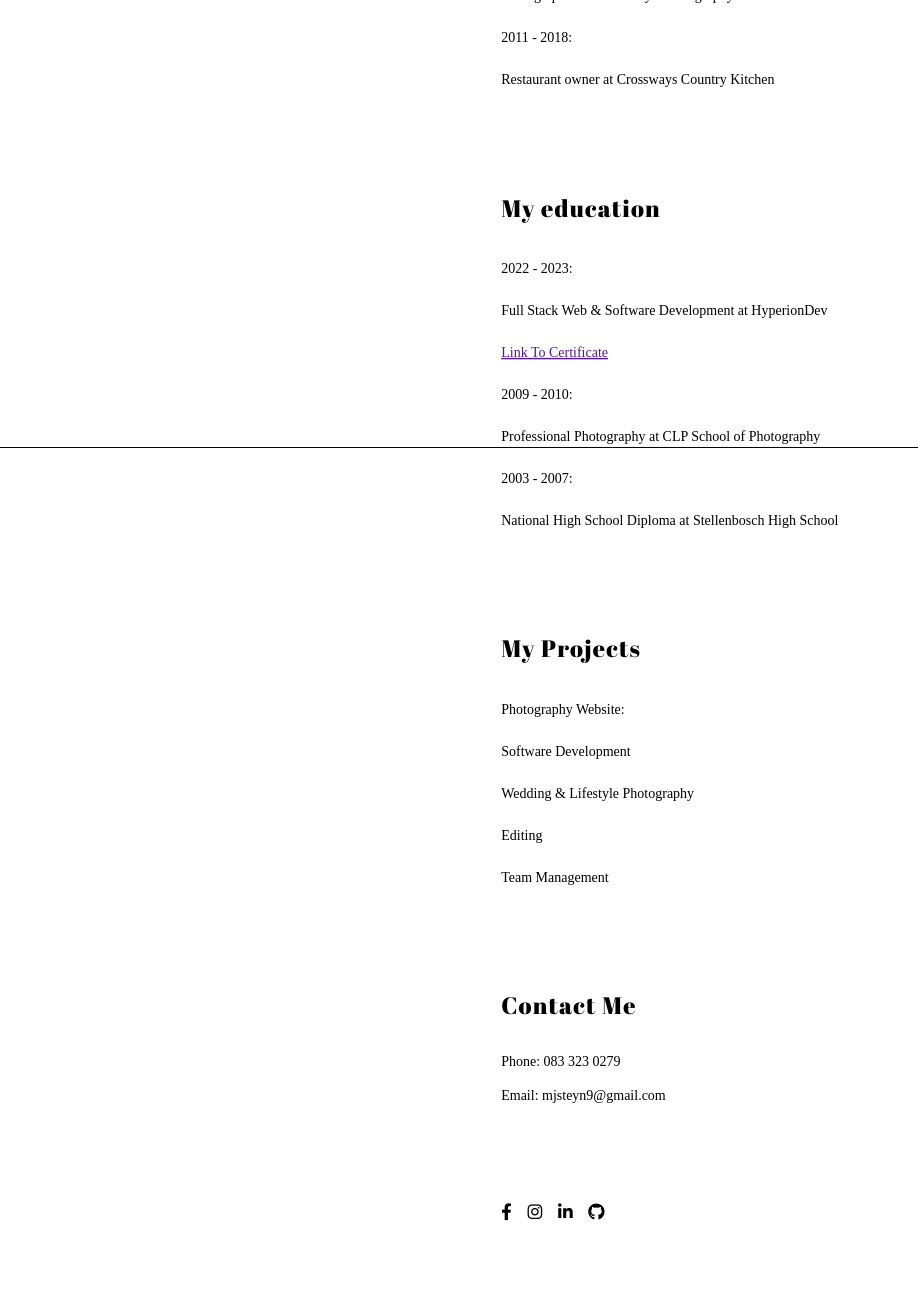
Repository: mikasteyn999/My-CV-Website
Page: index.html
An editor plug-in stored every save of this project. The page is shown before and after the next save, followed by the edit.
The browser window is 1280 px wide. The page is 1312 px wide, so the pictures cover 1312 px, including what lies to the right of the window. The pictures show the part of the page from y = 2265 to 4145 px (the page is 4145 px tall), at 70% of full size.
Some web fonts or font styles are not loaded; a fallback is used.

Above is the page before, as saved 2023-06-03 19:56:50.

### index.html
<!doctype html>
<html lang="en">
    <head>
        <!-- PAGE TITLE -->
        <title>Mika Steyn CV</title>
        <!-- FONTS -->
        <link href="https://fonts.googleapis.com/css?family=Abril+Fatface%7CArapey&amp;subset=latin-ext" rel="stylesheet">
        <!-- STYLESHEETS -->
        <link rel="stylesheet" type="text/css" href="assets/css/main.css">
        <link rel="stylesheet" href="https://cdnjs.cloudflare.com/ajax/libs/font-awesome/5.15.3/css/all.min.css">
    </head>
    <body>
        <!-- IMAGE CONTAINER -->
        <div class="image-container">
            <div class="background-img"></div>
        </div>
        <!-- CONTENT AREA -->
        <div class="content-area">
            <!-- CONTENT AREA INNER -->
            <div class="content-area-inner">
                <!-- INTRO -->
                <section id="intro">
                    <!-- CONTAINER MID -->
                    <div class="container-mid">
                            <h1>I’m Mika Steyn</h1>
                            <p class="subline">DEVELOPER  |  PHOTOGRAPHER  |  DATA ANALYST</p>
                    </div>
                </section>
                <!-- ABOUT -->
                <section id="about">
                    <h3>Why I can help you</h3>
                    <br>
                    <p>I am a multi-talented professional with a unique combination of skills in software development, photography, and data analysis. With a diploma in Full Stack Web & Software Development, I have a strong technical background and am proficient in several programming languages, including HTML, Java, and JavaScript.
                        <br>
                        <br>
                        In addition to my expertise in software development, I have a passion for photography and have been honing my skills for several years. My focus is mostly on weddings & portraiture, playing with natural light in compelling ways.
                        <br>
                        <br>
                        Finally, I have a strong analytical mind and a deep understanding of data analysis. I have experience working with large datasets in the land surveying sector.
                        <br>
                        br
                        With a diverse skill set and a passion for learning new things, I am a dynamic professional who is able to take on a wide range of challenges and deliver exceptional results.</p></p>
                </section>
                <!-- SKILLS -->
                <section id="skills">
                    <h3>My skills</h3>
                    <!-- SKILLS LIST -->
                    <ul class="skills-list">
                        <li>Full Stack Web Development</li>
                        <li>Software Development</li>
                        <li>Wedding & Lifestyle Photography</li>
                        <li>Editing</li>
                        <li>Team Management</li>
                    </ul>
                </section>
                <!-- WORK EXPERIENCE -->
                <section id="work">
                    <h3>My work experience</h3>
                <!-- WORK LIST -->
                    <ul class="work-list">
                        <li>2021 - current:
                            <br>
                            3D Data Analyst at GN Surveys</li>
                        <li>2018 - current:
                            <br>
                            Photographer at Mika Steyn Photography</li>
                        <li>2011 - 2018:
                            <br>
                            Restaurant owner at Crossways Country Kitchen</li>
                    </ul>
                </section>
                <!-- EDUCATION -->
                <section id="education">
                    <h3>My education</h3>
                <!-- EDUCATION LIST -->
                    <ul class="education-list">
                        <li>2022 - 2023:
                            <br>
                            Full Stack Web & Software Development at HyperionDev
                            <br>
                            <a href="">Link To Certificate</a>
                        </li>
                        <li>2009 - 2010:
                            <br>
                            Professional Photography at CLP School of Photography</li>
                        <li>2003 - 2007:
                            <br>
                            National High School Diploma at Stellenbosch High School</li>
                    </ul>
                </section>
                <!-- PROJECTS -->
                <section id="projects">
                    <h3>My Projects</h3>
                    <!-- SKILLS LIST -->
                    <ul class="projects-list">
                        <li>Photography Website: <a href=""></a></li>
                        <li>Software Development</li>
                        <li>Wedding & Lifestyle Photography</li>
                        <li>Editing</li>
                        <li>Team Management</li>
                    </ul>
                </section>
                <!-- CONTACT -->
                <section id="contact">
                    <h3>Contact Me</h3>
                    <!-- CONTACT LIST -->
                    <ul class="contact-list">
                        <li>Phone: 083 323 0279</li>
                        <li>Email: mjsteyn9@gmail.com</li>
                    </ul>
                </section>
                <!-- FOOTER -->
                <section id="footer" class="social-icons">
                    <!-- SOCIAL ICONS -->
                    <a href="https://www.facebook.com/mikasteynphotography"><i class="fab fa-facebook-f" aria-hidden="true"></i></a>
                    <a href="https://www.instagram.com/mikasteynphotography"><i class="fab fa-instagram" aria-hidden="true"></i></a>
                    <a href="https://www.linkedin.com/in/mika-steyn-169564208/"><i class="fab fa-linkedin-in" aria-hidden="true"></i></a>
                    <a href="https://github.com/mikasteyn999"><i class="fab fa-github" aria-hidden="true"></i></a>
                </section>
            </div>
        </div>
    </body>
</html>

### assets/css/main.css
html {
    font-size: 10px;
}

body {
    font-family: 'Arapey', serif;
    font-weight: 300;
    font-style: normal;
    color: #000;
    background: #fff;
    -webkit-font-smoothing: antialiased;
}

h1, h2, h3, h4, h5, h6 {
    font-family: 'Abril Fatface', cursive;
    font-weight: normal;
    letter-spacing: .05em;
    color: #000;;
}

h1 {
    font-size: 4.4rem;
}

h2 {
    font-size: 3.9rem;
}

h3 {
    font-size: 3.4rem;
}

h4 {
    font-size: 2.9rem;
}

h5 {
    font-size: 2.4rem;
}

h6 {
    font-size: 1.9rem;
}

p {
    font-size: 1.8rem;
}

@media (max-width:600px) {
    html {
        font-size: 8px;
    }
}

@media (max-width:500px) {
    html {
        font-size: 7px;
    }
}

.image-container {
    position: fixed;
    z-index: 10;
    top: 0;
    left: 0;

    width: 50%;
    height: 100%;
}

.image-container .background-img {
    position: absolute;
    z-index: 1;
    top: 0;
    left: 0;

    width: 100%;
    height: 100%;

    background: url(../img/profilePhoto.jpg);
    background-repeat: no-repeat;
    background-size: cover;
}

@media (max-width:1200px) {
    .image-container {
        position: relative;
        z-index: 10;
        top: 0;
        left: 0;

        width: 100%;
        height: 100vh;
    }
}

.content-area {
    position: relative;
    left: 0;

    width: 100%;
}

.content-area .content-area-inner {
    position: relative;
    left: 50%;

    width: 50%;
    padding: 0 20px;
    overflow-x: hidden;
}

.content-area .content-area-inner section {
    max-width: 520px;
    margin: 0 auto 18vh auto;
}

@media (max-width:1200px) {
    .content-area .content-area-inner {
        left: 0;

        width: 100%;
        padding: 0 20px;
    }
}

#intro {
    position: relative;
    height: 100vh;
    margin-bottom: 0;
}

#intro .container-mid {
    position: absolute;
    top: 50%;
    width: 100%;
    -webkit-transform: translateY(-50%);
        -ms-transform: translateY(-50%);
            transform: translateY(-50%);
}

#intro .container-mid p.subline {
    font-size: 2.2rem;
    line-height: 1.6em;
    margin-top: 2em;
    margin-bottom: 2.2em;
}

@media (max-width:1200px) {
    #intro {
        height: auto;
    }

    #intro .container-mid {
        position: relative;
        top: 0;
        margin: 15vh 0;
        -webkit-transform: translate(0);
            -ms-transform: translate(0);
                transform: translate(0);
    }
}

#about p {
    line-height: 1.5em;
    margin-bottom: 2em;
}

#about p:last-child {
    margin-bottom: 0;
}

#skills .skills-list {
    margin-bottom: 0;
    padding: 0;

    list-style: none;
}

#skills .skills-list li {
    font-size: 2rem;
    line-height: 3em;
}

#projects .projects-list {
    margin-bottom: 0;
    padding: 0;

    list-style: none;
}

#projects .projects-list li {
    font-size: 2rem;
    line-height: 3em;
}

#work .work-list {
    margin-bottom: 0;
    padding: 0;

    list-style: none;
}

#work .work-list li {
    font-size: 2rem;
    line-height: 3em;
}

#education .education-list {
    margin-bottom: 0;
    padding: 0;
    list-style: none;
}

#education .education-list li {
    font-size: 2rem;
    line-height: 3em;
}

#contact .contact-list {
    margin-bottom: 3.4em;
    padding: 0;
    list-style: none;
}

#contact .contact-list li {
    font-size: 2rem;
    line-height: 2.4em;
}


#footer .fa-facebook-f, .fa-instagram, .fa-linkedin-in, .fa-github {
    padding-right: 20px;
    font-size: x-large;
    color: #000;

}

After the next save:
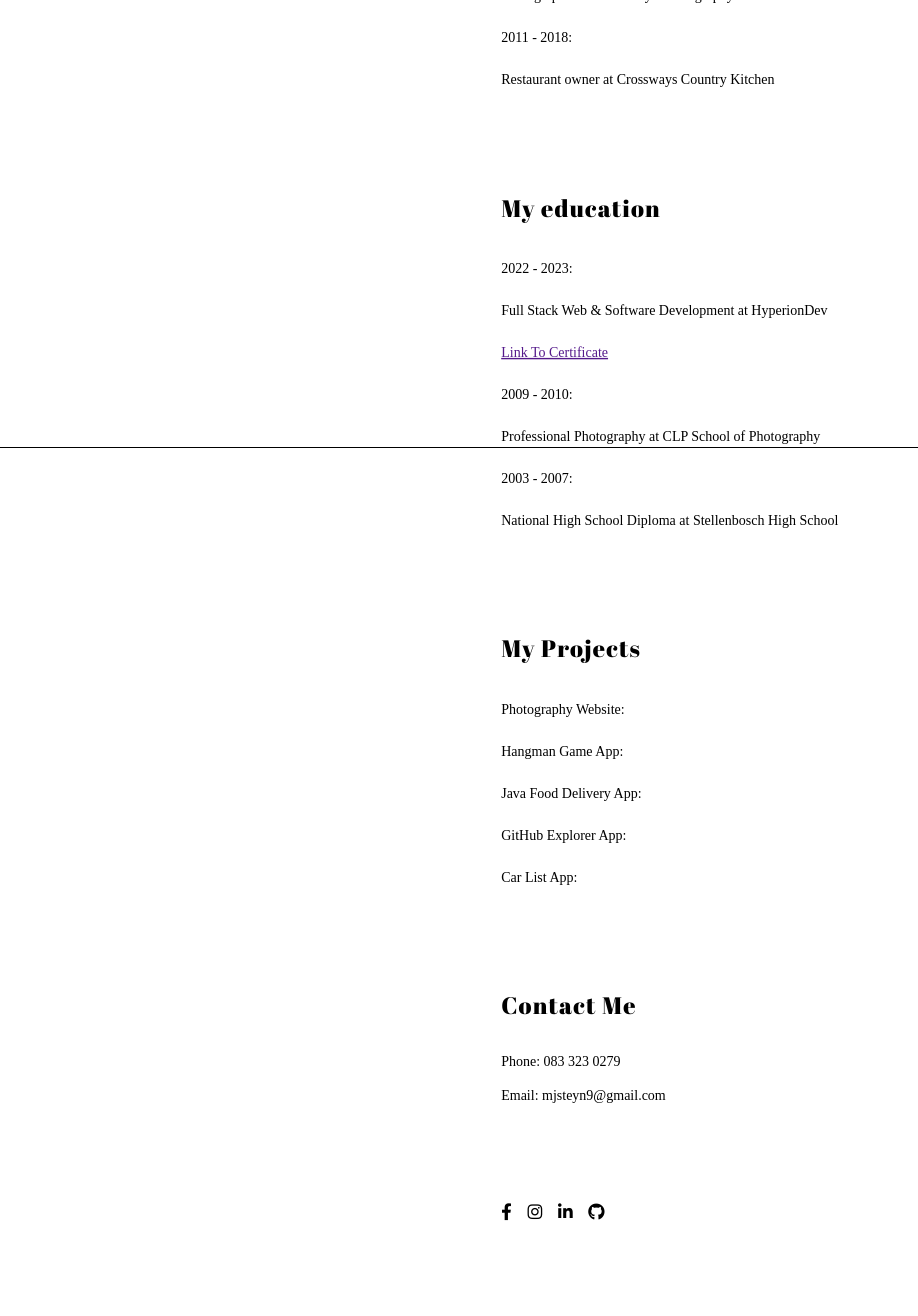
Saved 104 s later.
--- a/index.html
+++ b/index.html
@@ -94,10 +94,10 @@
                     <!-- SKILLS LIST -->
                     <ul class="projects-list">
                         <li>Photography Website: <a href=""></a></li>
-                        <li>Software Development</li>
-                        <li>Wedding & Lifestyle Photography</li>
-                        <li>Editing</li>
-                        <li>Team Management</li>
+                        <li>Hangman Game App: <a href=""></a></li>
+                        <li>Java Food Delivery App: <a href=""></a></li>
+                        <li>GitHub Explorer App: <a href=""></a></li>
+                        <li>Car List App: <a href=""></a></li>
                     </ul>
                 </section>
                 <!-- CONTACT -->
